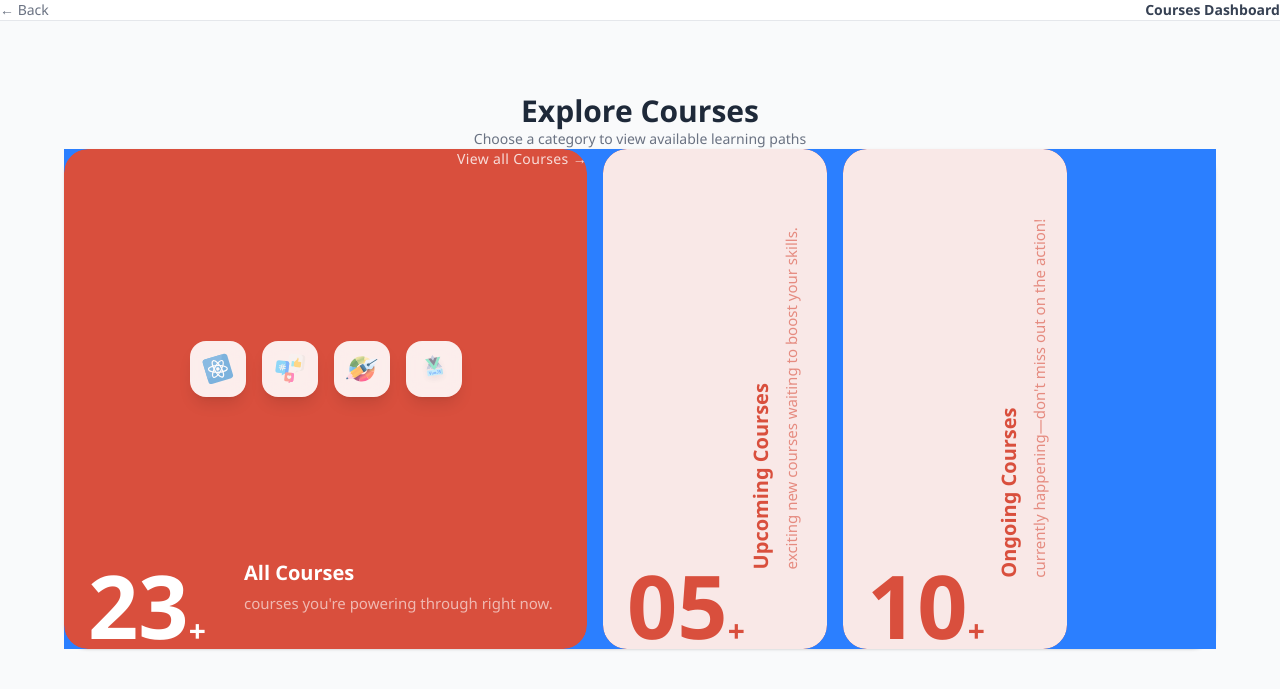
Repository: RahulRajKhadka/nextjs-dashboard-app
Page: /task2
These files come from the project's save history. The page is drawn as it stood at one moment and after the next save; the edit follows.
The browser window is 1280 px wide. The pictures show the whole page.
The project was rebuilt for these pictures with package versions that can differ from the ones it lists, and the page was loaded fresh each time. The framework's server and built-in components were replaced by stand-ins that run in the browser. Also part of the build but not shown: next.config.ts.

Above is the page before, as saved 2026-04-10 14:20:52.

After the next save:
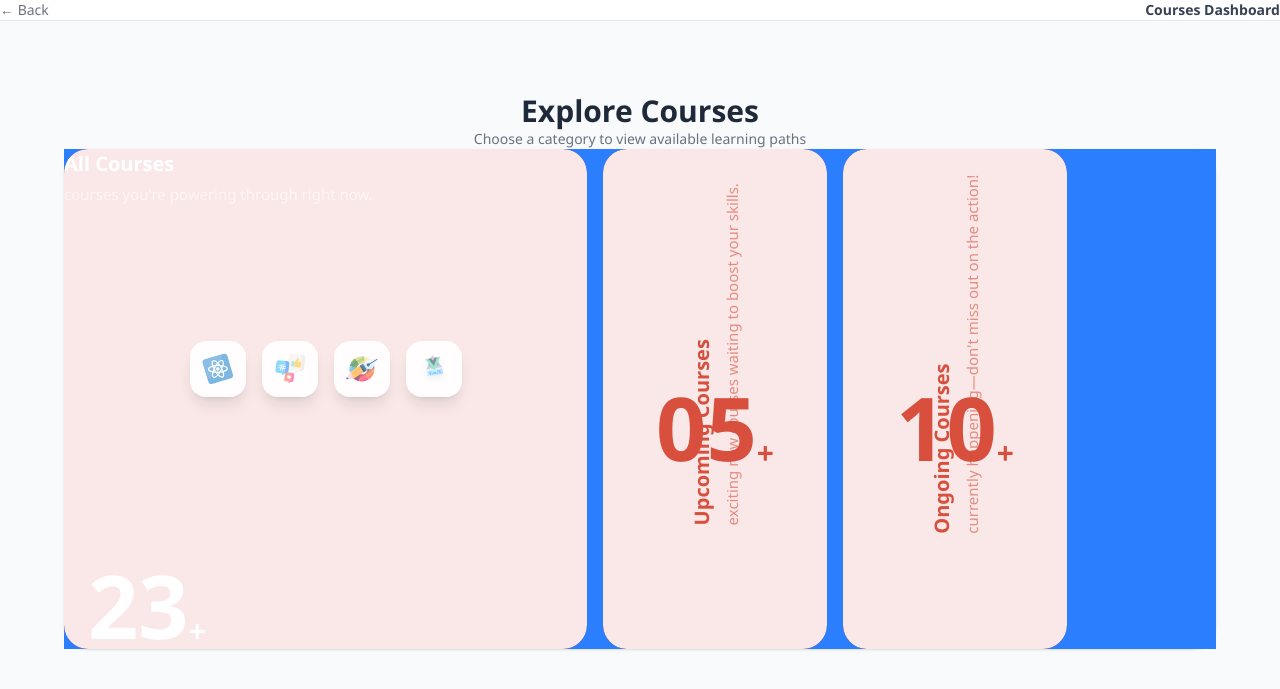
Saved 4 min 28 s later.
--- a/src/components/task2/CourseCard.tsx
+++ b/src/components/task2/CourseCard.tsx
@@ -31,7 +31,6 @@
     if (!numberRef.current || !collapsedLabelRef.current) return;
 
     if (isExpanded) {
-      // Create a timeline for smooth coordination
       const tl = gsap.timeline();
 
       // Show expanded view
@@ -52,7 +51,7 @@
         ease: "power3.inOut",
       }, 0);
 
-      // 2. Label animation (rotate + move) - starts at same time
+      // 2. Label animation (using CALCULATED position, not hardcoded)
       tl.fromTo(collapsedLabelRef.current,
         {
           rotation: -90,
@@ -62,8 +61,8 @@
         },
         {
           rotation: 0,
-          x: 180,
-          y: 188,
+          x: targetX,  // ← CALCULATED position
+          y: targetY,  // ← CALCULATED position
           color: "#ffffff",
           duration: 0.8,
           ease: "back.out(0.3)",
@@ -89,30 +88,30 @@
         }, 0.3
       );
 
-      // 5. Icons animation (staggered)
+      // 5. Icons animation - FIXED: ensure they animate from sides
       const iconsFromX = direction === "left" ? 120 : -120;
-      gsap.set(iconsRef.current, { x: iconsFromX, opacity: 0 });
       iconsRef.current.forEach((icon, i) => {
+        // Set initial position
+        gsap.set(icon, { x: iconsFromX, opacity: 0 });
+        // Animate to center
         tl.to(icon, {
           x: 0,
           opacity: 1,
-          duration: 0.4,
-          ease: "power2.out",
-        }, 0.4 + i * 0.08);
+          duration: 0.5,
+          ease: "back.out(0.3)",
+        }, 0.35 + i * 0.1);
       });
 
     } else {
-      // COLLAPSE ANIMATIONS - Smooth reverse
+      // COLLAPSE ANIMATIONS
       const tl = gsap.timeline();
 
-      // 1. Circle expands back
       tl.to(circleRef.current, {
         clipPath: "circle(130% at 0% 80%)",
         duration: 0.8,
         ease: "power3.inOut",
       }, 0);
 
-      // 2. Label returns to collapsed position
       tl.to(collapsedLabelRef.current, {
         rotation: -90,
         x: 0,
@@ -122,18 +121,15 @@
         ease: "power2.inOut",
       }, 0);
 
-      // 3. Number color returns
       tl.to(numberRef.current, {
         color: course.textColor,
         duration: 0.3,
       }, 0.1);
 
-      // 4. Hide expanded view
       tl.set(expandedViewRef.current, {
         display: "none"
       }, 0.3);
 
-      // 5. Reset icons and topbar
       tl.set(iconsRef.current, {
         clearProps: "x,opacity"
       }, 0.4);
@@ -160,44 +156,82 @@
         }}
       />
 
-      {/* NUMBER — always bottom-left */}
-      <div className="absolute bottom-0 left-6 z-[3] flex items-end p-4 pointer-events-none">
-        <div ref={numberRef} className="flex items-end" style={{ color: course.textColor }}>
-          <span
-            className="font-black leading-none"
+      {/* COLLAPSED STATE: Number and Label stacked vertically in CENTER */}
+      {!isExpanded && (
+        <div className="absolute inset-0 z-[3] flex flex-col items-center justify-center pointer-events-none">
+          {/* LABEL - rotated -90°, centered */}
+          <div
+            ref={collapsedLabelRef}
+            className="flex flex-col gap-1 mb-6"
             style={{
-              fontSize: "clamp(3.5rem,7vw,5.5rem)",
-              color: "inherit",
+              transform: "rotate(-90deg)",
+              color: course.textColor,
             }}
           >
-            {String(course.count).padStart(2, "0")}
-          </span>
-          <span className="font-black text-3xl mb-2 ml-1" style={{ color: "inherit" }}>
-            +
-          </span>
-        </div>
-      </div>
-
-      {/* SINGLE LABEL — starts centered, rotates and moves on expand */}
-      <div className="absolute  inset-0 z-[4] right-[100px] flex items-center  pointer-events-none">
+            <span className="font-bold text-[20px] whitespace-nowrap" style={{ color: "inherit" }}>
+              {course.label}
+            </span>
+            <p className="text-[15px] opacity-60 whitespace-nowrap" style={{ color: "inherit" }}>
+              {course.sublabel}
+            </p>
+          </div>
+
+          {/* NUMBER - below label, centered */}
+          <div ref={numberRef} className="flex items-end" style={{ color: course.textColor }}>
+            <span
+              className="font-black leading-none"
+              style={{
+                fontSize: "clamp(3.5rem,7vw,5.5rem)",
+                color: "inherit",
+              }}
+            >
+              {String(course.count).padStart(2, "0")}
+            </span>
+            <span className="font-black text-3xl mb-2 ml-1" style={{ color: "inherit" }}>
+              +
+            </span>
+          </div>
+        </div>
+      )}
+
+      {/* EXPANDED STATE: Show label at new position (handled by GSAP) */}
+      {isExpanded && (
         <div
           ref={collapsedLabelRef}
-          className="flex flex-col gap-1"
+          className="absolute z-[3] flex flex-col gap-1 pointer-events-none"
           style={{
-            transform: "rotate(-90deg)",
-            color: course.textColor,
+            color: "#ffffff",
           }}
         >
-          <span className="font-bold text-[20px] whitespace-nowrap" style={{ color: "inherit" }}>
+          <span className="font-bold text-[20px] whitespace-nowrap">
             {course.label}
           </span>
-          <p className="text-[15px] opacity-60 whitespace-nowrap" style={{ color: "inherit" }}>
+          <p className="text-[15px] opacity-60 whitespace-nowrap">
             {course.sublabel}
           </p>
         </div>
-      </div>
-
-      {/* EXPANDED VIEW — topbar + icons only */}
+      )}
+
+      {/* NUMBER in expanded state (still at bottom-left) */}
+      {isExpanded && (
+        <div className="absolute bottom-0 left-6 z-[3] flex items-end p-4 pointer-events-none">
+          <div className="flex items-end" style={{ color: "#ffffff" }}>
+            <span
+              className="font-black leading-none"
+              style={{
+                fontSize: "clamp(3.5rem,7vw,5.5rem)",
+              }}
+            >
+              {String(course.count).padStart(2, "0")}
+            </span>
+            <span className="font-black text-3xl mb-2 ml-1">
+              +
+            </span>
+          </div>
+        </div>
+      )}
+
+      {/* EXPANDED VIEW - topbar + icons */}
       <div
         ref={expandedViewRef}
         className="absolute inset-0 z-[2] p-5"
@@ -206,14 +240,14 @@
           gridTemplateRows: "auto 1fr auto",
         }}
       >
-        {/* Row 1: topbar */}
+        {/* Top bar */}
         <div ref={topbarRef} className="flex justify-end mt-40 opacity-0">
           <span className="text-white/80 text-sm font-medium tracking-wide">
             View all Courses →
           </span>
         </div>
 
-        {/* Row 2: icons */}
+        {/* Icons - centered */}
         <div className="flex gap-4 items-center justify-center">
           {course.icons?.map((iconPath, i) => (
             <span
@@ -226,7 +260,6 @@
           ))}
         </div>
 
-        {/* Row 3: empty spacer */}
         <div className="h-20" />
       </div>
     </div>

After the save that followed:
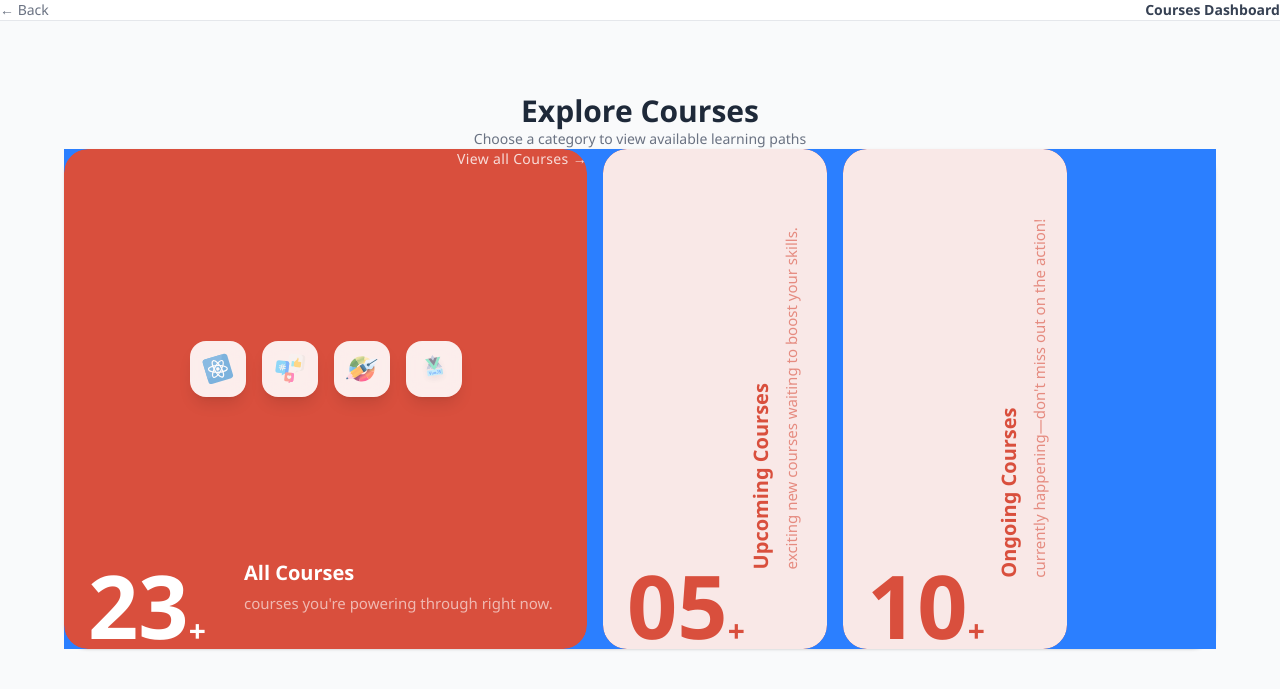
Saved 10 s later.
--- a/src/components/task2/CourseCard.tsx
+++ b/src/components/task2/CourseCard.tsx
@@ -31,6 +31,7 @@
     if (!numberRef.current || !collapsedLabelRef.current) return;
 
     if (isExpanded) {
+      // Create a timeline for smooth coordination
       const tl = gsap.timeline();
 
       // Show expanded view
@@ -51,7 +52,7 @@
         ease: "power3.inOut",
       }, 0);
 
-      // 2. Label animation (using CALCULATED position, not hardcoded)
+      // 2. Label animation (rotate + move) - starts at same time
       tl.fromTo(collapsedLabelRef.current,
         {
           rotation: -90,
@@ -61,8 +62,8 @@
         },
         {
           rotation: 0,
-          x: targetX,  // ← CALCULATED position
-          y: targetY,  // ← CALCULATED position
+          x: 180,
+          y: 188,
           color: "#ffffff",
           duration: 0.8,
           ease: "back.out(0.3)",
@@ -88,30 +89,30 @@
         }, 0.3
       );
 
-      // 5. Icons animation - FIXED: ensure they animate from sides
+      // 5. Icons animation (staggered)
       const iconsFromX = direction === "left" ? 120 : -120;
+      gsap.set(iconsRef.current, { x: iconsFromX, opacity: 0 });
       iconsRef.current.forEach((icon, i) => {
-        // Set initial position
-        gsap.set(icon, { x: iconsFromX, opacity: 0 });
-        // Animate to center
         tl.to(icon, {
           x: 0,
           opacity: 1,
-          duration: 0.5,
-          ease: "back.out(0.3)",
-        }, 0.35 + i * 0.1);
+          duration: 0.4,
+          ease: "power2.out",
+        }, 0.4 + i * 0.08);
       });
 
     } else {
-      // COLLAPSE ANIMATIONS
+      // COLLAPSE ANIMATIONS - Smooth reverse
       const tl = gsap.timeline();
 
+      // 1. Circle expands back
       tl.to(circleRef.current, {
         clipPath: "circle(130% at 0% 80%)",
         duration: 0.8,
         ease: "power3.inOut",
       }, 0);
 
+      // 2. Label returns to collapsed position
       tl.to(collapsedLabelRef.current, {
         rotation: -90,
         x: 0,
@@ -121,15 +122,18 @@
         ease: "power2.inOut",
       }, 0);
 
+      // 3. Number color returns
       tl.to(numberRef.current, {
         color: course.textColor,
         duration: 0.3,
       }, 0.1);
 
+      // 4. Hide expanded view
       tl.set(expandedViewRef.current, {
         display: "none"
       }, 0.3);
 
+      // 5. Reset icons and topbar
       tl.set(iconsRef.current, {
         clearProps: "x,opacity"
       }, 0.4);
@@ -156,82 +160,44 @@
         }}
       />
 
-      {/* COLLAPSED STATE: Number and Label stacked vertically in CENTER */}
-      {!isExpanded && (
-        <div className="absolute inset-0 z-[3] flex flex-col items-center justify-center pointer-events-none">
-          {/* LABEL - rotated -90°, centered */}
-          <div
-            ref={collapsedLabelRef}
-            className="flex flex-col gap-1 mb-6"
+      {/* NUMBER — always bottom-left */}
+      <div className="absolute bottom-0 left-6 z-[3] flex items-end p-4 pointer-events-none">
+        <div ref={numberRef} className="flex items-end" style={{ color: course.textColor }}>
+          <span
+            className="font-black leading-none"
             style={{
-              transform: "rotate(-90deg)",
-              color: course.textColor,
+              fontSize: "clamp(3.5rem,7vw,5.5rem)",
+              color: "inherit",
             }}
           >
-            <span className="font-bold text-[20px] whitespace-nowrap" style={{ color: "inherit" }}>
-              {course.label}
-            </span>
-            <p className="text-[15px] opacity-60 whitespace-nowrap" style={{ color: "inherit" }}>
-              {course.sublabel}
-            </p>
-          </div>
-
-          {/* NUMBER - below label, centered */}
-          <div ref={numberRef} className="flex items-end" style={{ color: course.textColor }}>
-            <span
-              className="font-black leading-none"
-              style={{
-                fontSize: "clamp(3.5rem,7vw,5.5rem)",
-                color: "inherit",
-              }}
-            >
-              {String(course.count).padStart(2, "0")}
-            </span>
-            <span className="font-black text-3xl mb-2 ml-1" style={{ color: "inherit" }}>
-              +
-            </span>
-          </div>
-        </div>
-      )}
-
-      {/* EXPANDED STATE: Show label at new position (handled by GSAP) */}
-      {isExpanded && (
+            {String(course.count).padStart(2, "0")}
+          </span>
+          <span className="font-black text-3xl mb-2 ml-1" style={{ color: "inherit" }}>
+            +
+          </span>
+        </div>
+      </div>
+
+      {/* SINGLE LABEL — starts centered, rotates and moves on expand */}
+      <div className="absolute  inset-0 z-[4] right-[100px] flex items-center  pointer-events-none">
         <div
           ref={collapsedLabelRef}
-          className="absolute z-[3] flex flex-col gap-1 pointer-events-none"
+          className="flex flex-col gap-1"
           style={{
-            color: "#ffffff",
+            transform: "rotate(-90deg)",
+            color: course.textColor,
           }}
         >
-          <span className="font-bold text-[20px] whitespace-nowrap">
+          <span className="font-bold text-[20px] whitespace-nowrap" style={{ color: "inherit" }}>
             {course.label}
           </span>
-          <p className="text-[15px] opacity-60 whitespace-nowrap">
+          <p className="text-[15px] opacity-60 whitespace-nowrap" style={{ color: "inherit" }}>
             {course.sublabel}
           </p>
         </div>
-      )}
-
-      {/* NUMBER in expanded state (still at bottom-left) */}
-      {isExpanded && (
-        <div className="absolute bottom-0 left-6 z-[3] flex items-end p-4 pointer-events-none">
-          <div className="flex items-end" style={{ color: "#ffffff" }}>
-            <span
-              className="font-black leading-none"
-              style={{
-                fontSize: "clamp(3.5rem,7vw,5.5rem)",
-              }}
-            >
-              {String(course.count).padStart(2, "0")}
-            </span>
-            <span className="font-black text-3xl mb-2 ml-1">
-              +
-            </span>
-          </div>
-        </div>
-      )}
-
-      {/* EXPANDED VIEW - topbar + icons */}
+      </div>
+
+      {/* EXPANDED VIEW — topbar + icons only */}
       <div
         ref={expandedViewRef}
         className="absolute inset-0 z-[2] p-5"
@@ -240,14 +206,14 @@
           gridTemplateRows: "auto 1fr auto",
         }}
       >
-        {/* Top bar */}
+        {/* Row 1: topbar */}
         <div ref={topbarRef} className="flex justify-end mt-40 opacity-0">
           <span className="text-white/80 text-sm font-medium tracking-wide">
             View all Courses →
           </span>
         </div>
 
-        {/* Icons - centered */}
+        {/* Row 2: icons */}
         <div className="flex gap-4 items-center justify-center">
           {course.icons?.map((iconPath, i) => (
             <span
@@ -260,6 +226,7 @@
           ))}
         </div>
 
+        {/* Row 3: empty spacer */}
         <div className="h-20" />
       </div>
     </div>
